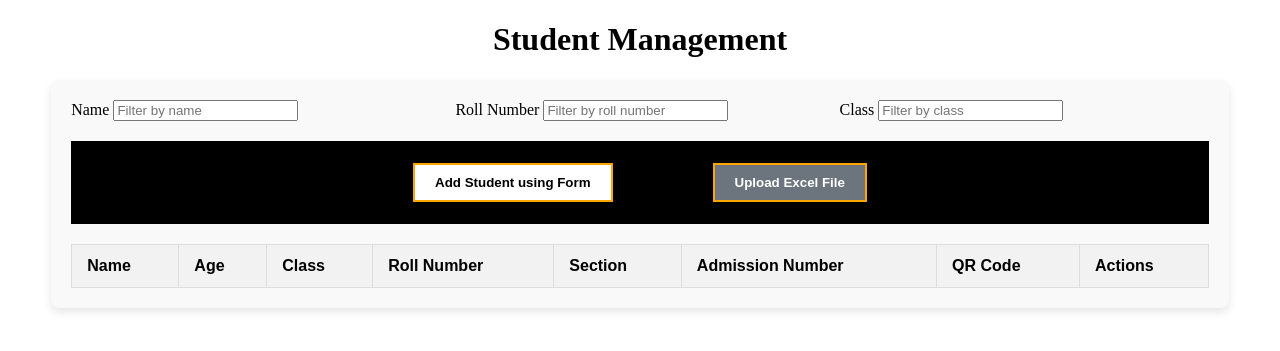
Repository: Hitesh8980/Student_Management
Page: / (app in Front-end/)
The author's editor kept a copy of each file at every save. The page is drawn from the files as they stood at one save, then again after the next save.
The browser window is 1280 px wide. The pictures show the whole page.
The page's requests for data from a server got no answer. The project was rebuilt for these pictures with package versions that can differ from the ones it lists, and the page was loaded fresh each time. No one was signed in, and anything a server would have sent is missing. Also part of the build but not shown: Front-end/vite.config.js, Front-end/src/components/QrcodeGenerator.jsx, Front-end/src/components/StudentForm.jsx, Front-end/src/components/Fileupload.jsx.

Above is the page before, as saved 2024-09-18 17:02:54.

After the next save:
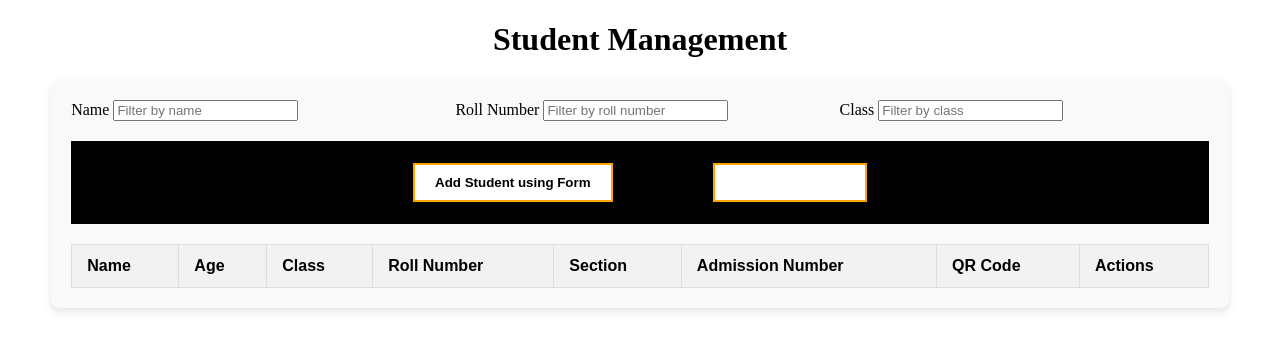
Saved 11 s later.
--- a/Front-end/src/components/Studentlist.jsx
+++ b/Front-end/src/components/Studentlist.jsx
@@ -147,7 +147,7 @@ function StudentList() {
     variant="secondary"
     onClick={toggleFileUpload}
     style={{
-      backgroundColor: "#6c757d",
+      backgroundColor: "white",
       border: "2px solid orange", // Orange border
       color: "#fff",
       padding: "10px 20px", // Increase size
